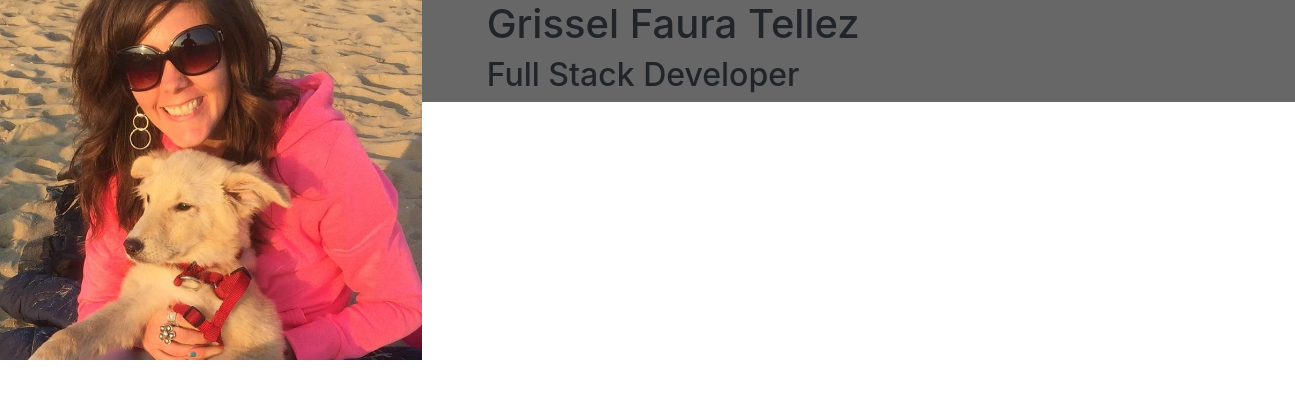
Repository: grisselfaura/Resume-Project-Introduction
Page: index.html
The author's editor kept a record of every edit. The page is drawn from the files as they stood at one moment, then again after the next edit.
The browser window is 1280 px wide. The page is 1295 px wide, so the pictures cover 1295 px, including what lies to the right of the window. The pictures show the whole page.

Above is the page before.

### index.html
<!DOCTYPE html>
<html lang="en">
<head>
    <meta charset="UTF-8">
    <meta name="viewport" content="width=device-width, initial-scale=1.0">
    <meta http-equiv="X-UA-Compatible" content="ie=edge">
    <link rel="stylesheet" href="https://stackpath.bootstrapcdn.com/bootstrap/4.3.1/css/bootstrap.min.css" type="text/css" />
    <link rel="stylesheet" href="https://stackpath.bootstrapcdn.com/font-awesome/4.7.0/css/font-awesome.min.css" type="text/css" />
    <link rel="stylesheet" href="assets/CSS/style.css" type="text/css" />
    <title>Grissel</title>
</head>
<body>
    <header>
       <div class="row">
           <a class="col-md-4 logo" href="index.html"></a>
           <div class="col-md-8">
               <div class="row bg-color-name-title">
                   <div class="col heading">
                       <h1 class="name">Grissel Faura Tellez</h1>
                       <h2 class="title">Full Stack Developer</h2>
                    </div>
               </div>
           </div>
       </div>
    </header>
    <section>

    </section>
    <footer>

    </footer>
</body>
</html>

### assets/CSS/style.css
@import url('https://fonts.googleapis.com/css?family=Roboto:100,200,300,400,500,600,700|Exo:100,200,300,400,500,600,700');

/*---------------------------------Colours*/

.bg-color-name-title {
    background-color: #676767;
}

/*---------------------------------Heading*/
header {
    margin: 0;
}

.heading {
    margin-left: 50px;
}

.logo {
    background: url("../images/gri.jpg");
    background-position: center;
    background-repeat: no-repeat;
    background-size: cover;
    min-height: 360px;
    transition: all .5s ease-in-out;
    -moz-transition: all .5s ease-in-out;
    -webkit-transition: all .5s ease-in-out;
}

After the next edit:
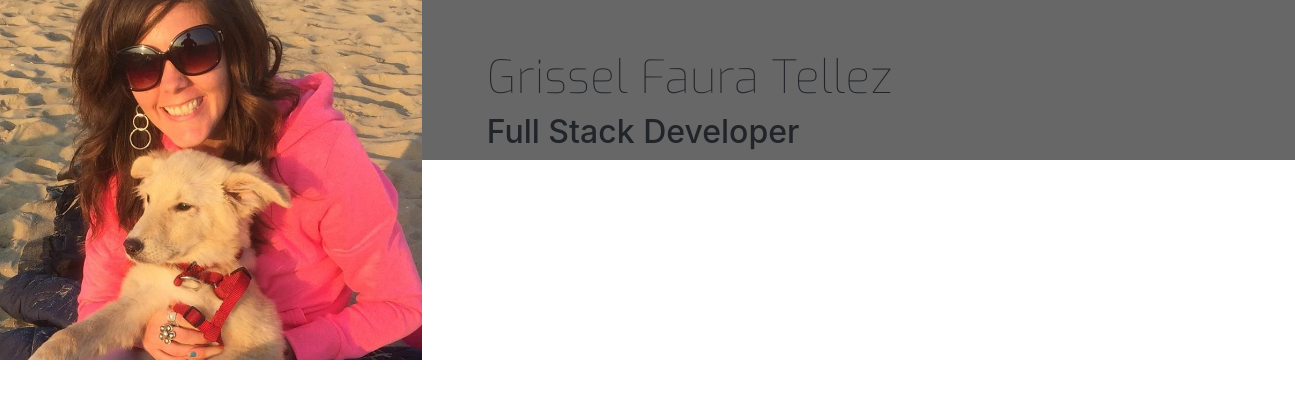
The edit:
--- a/assets/CSS/style.css
+++ b/assets/CSS/style.css
@@ -25,3 +25,19 @@ header {
     -moz-transition: all .5s ease-in-out;
     -webkit-transition: all .5s ease-in-out;
 }
+
+.name {
+    font-family: "Exo", sans-serif;
+    font-weight: 100;
+    font-size: 46px;
+    margin-top: 50px;
+    color: #ffffff,;
+}
+
+.name {
+    font-family: "Exo", sans-serif;
+    font-weight: 100;
+    font-size: 46px;
+    margin-top: 50px;
+    color: #ffffff,;
+}
